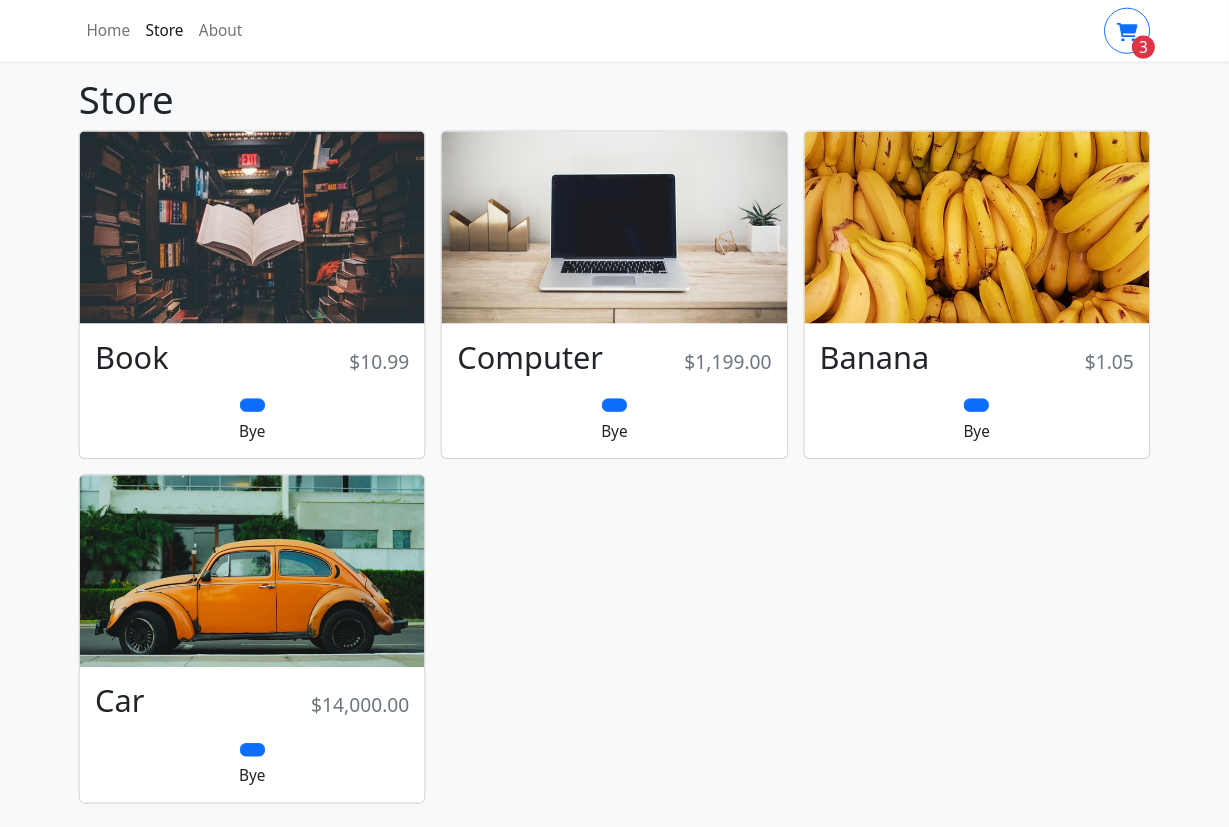
Repository: MoNasr2022/shopping-cart
Page: /store
These files come from the project's save history. The page is drawn as it stood at one moment and after a run of saves; the edit follows.
The browser window is 1280 px wide. The pictures show the whole page, at 96% of full size.
The project was rebuilt for these pictures with package versions that can differ from the ones it lists, and the page was loaded fresh each time. Also part of the build but not shown: vite.config.ts, src/pages/Home.tsx, src/pages/About.tsx.

Above is the page before, as saved 2023-04-17 22:57:53.

### index.html
<!DOCTYPE html>
<html lang="en">
  <head>
    <meta charset="UTF-8" />
    <link rel="icon" type="image/svg+xml" href="/vite.svg" />
    <meta name="viewport" content="width=device-width, initial-scale=1.0" />
    <title>Nasr Shopping Cart</title>
  </head>
  <body class="bg-light">
    <div id="root"></div>
    <script type="module" src="/src/main.tsx"></script>
  </body>
</html>

### src/App.tsx
import { Routes, Route } from "react-router-dom";
import { Container } from "react-bootstrap";
import Home from "./pages/Home";
import Store from "./pages/Store";
import About from "./pages/About";
import Navbar from "./components/Navbar";

function App() {
  return (
    <>
      <Navbar />
      <Container className="mb-4">
        <Routes>
          <Route path="/" element={<Home />} />
          <Route path="/store" element={<Store />} />
          <Route path="/about" element={<About />} />
        </Routes>
      </Container>
    </>
  );
}

export default App;

### src/pages/Store.tsx
import StoreItems from "../components/StoreItems";
import storeItems from "../data/items.json";
import { Row, Col } from "react-bootstrap";

export default function Store() {
  return (
    <>
      <h1>Store</h1>
      <Row md={2} xs={1} lg={3} className="g-3">
        {storeItems.map((item) => (
          <Col key={item.id}>
            <StoreItems {...item} />
          </Col>
        ))}
      </Row>
    </>
  );
}

### src/components/Navbar.tsx
import { Navbar as NavbarB } from "react-bootstrap";
import { Container, Nav, Button } from "react-bootstrap";
import { NavLink } from "react-router-dom";

export default function Navbar() {
  return (
    <NavbarB className="bg-white shadow-sm mb-3 " sticky="top">
      <Container>
        <Nav className="me-auto">
          <Nav.Link as={NavLink} to="/">
            Home
          </Nav.Link>
          <Nav.Link as={NavLink} to="/store">
            Store
          </Nav.Link>
          <Nav.Link as={NavLink} to="/about">
            About
          </Nav.Link>
        </Nav>
        <Button
          className=" rounded-circle"
          variant="outline-primary"
          style={{ position: "relative", width: "3rem", height: "3rem" }}
        >
          <svg

            xmlns="http://www.w3.org/2000/svg"
            viewBox="0 0 576 512"
            fill="currentColor"
          >
            <path d="M96 0C107.5 0 117.4 8.19 119.6 19.51L121.1 32H541.8C562.1 32 578.3 52.25 572.6 72.66L518.6 264.7C514.7 278.5 502.1 288 487.8 288H170.7L179.9 336H488C501.3 336 512 346.7 512 360C512 373.3 501.3 384 488 384H159.1C148.5 384 138.6 375.8 136.4 364.5L76.14 48H24C10.75 48 0 37.25 0 24C0 10.75 10.75 0 24 0H96zM128 464C128 437.5 149.5 416 176 416C202.5 416 224 437.5 224 464C224 490.5 202.5 512 176 512C149.5 512 128 490.5 128 464zM512 464C512 490.5 490.5 512 464 512C437.5 512 416 490.5 416 464C416 437.5 437.5 416 464 416C490.5 416 512 437.5 512 464z" />
          </svg>

          <span
            className="position-absolute  bg-danger rounded-circle"
            style={{
              color: "white",
              bottom: 0,
              right: 0,
              transform: "translate(25%, 25%)",
              width: "1.5rem",
              height: "1.5rem",

              display: "flex",
              justifyContent: "center",
              alignItems: "center",
            }}
          >
            3
          </span>
        </Button>
      </Container>
    </NavbarB>
  );
}

### src/components/StoreItems.tsx
import { Button, Card } from "react-bootstrap";
import { formatCurrency } from "../utilities/formatCurrency";

type StoreItemsProps = {
  id: number;
  name: string;
  price: number;
  imgUrl: string;
};

function StoreItems({ id, name, price, imgUrl }: StoreItemsProps) {
  const quantity = 1;
  return (
    <Card className="h-100">
      <Card.Img
        variant="top"
        src={imgUrl}
        height="200px"
        style={{ objectFit: "cover" }}
      />
      <Card.Body className="d-flex flex-column">
        <Card.Title className="d-flex justify-content-between align-items-baseline mb-4 ">
          <span className="fs-2">{name}</span>
          <span className="ms-2 text-muted">{formatCurrency(price)}</span>
        </Card.Title>
        <div className="mt-auto">
          {quantity === 0 ? (
            <Button className="btn btn-primary w-100">+ Add to Cart</Button>
          ) : (
            <div
              className="d-flex flex-column align-items-center"
              style={{ gap: ".5rem" }}
              >
                <Button></Button>
              <div
                className="d-flex justify-content-center align-items-center"
                style={{ gap: ".5rem" }}
                >
                  Bye
              </div>
            </div>
          )}
        </div>
      </Card.Body>
    </Card>
  );
}

export default StoreItems;

### src/utilities/formatCurrency.ts
const CURRENCY_FORMATTER = new Intl.NumberFormat(undefined, {
    style: 'currency',
    currency: 'USD',
})

export function formatCurrency (number: number){
  return  CURRENCY_FORMATTER.format(number)
};

Loaded but not shown: src/main.tsx (common file); src/data/items.json (common file)

After the next 4 saves:
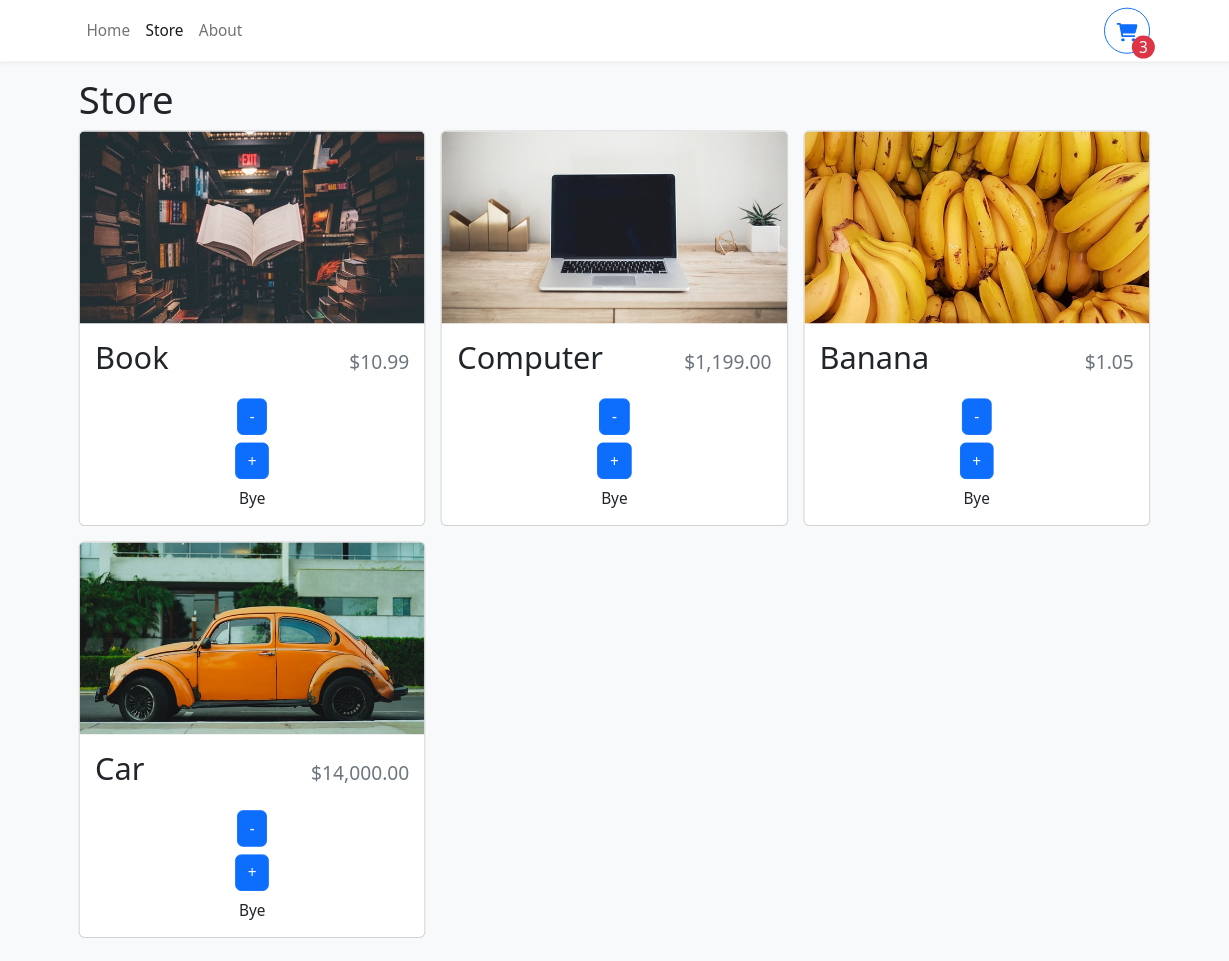
The 4 saves are shown as one change because they came seconds apart.
The last was saved 8 s later.
--- a/src/components/StoreItems.tsx
+++ b/src/components/StoreItems.tsx
@@ -31,7 +31,8 @@ function StoreItems({ id, name, price, imgUrl }: StoreItemsProps) {
               className="d-flex flex-column align-items-center"
               style={{ gap: ".5rem" }}
               >
-                <Button></Button>
+                <Button>-</Button>
+                <Button>+</Button>
               <div
                 className="d-flex justify-content-center align-items-center"
                 style={{ gap: ".5rem" }}
